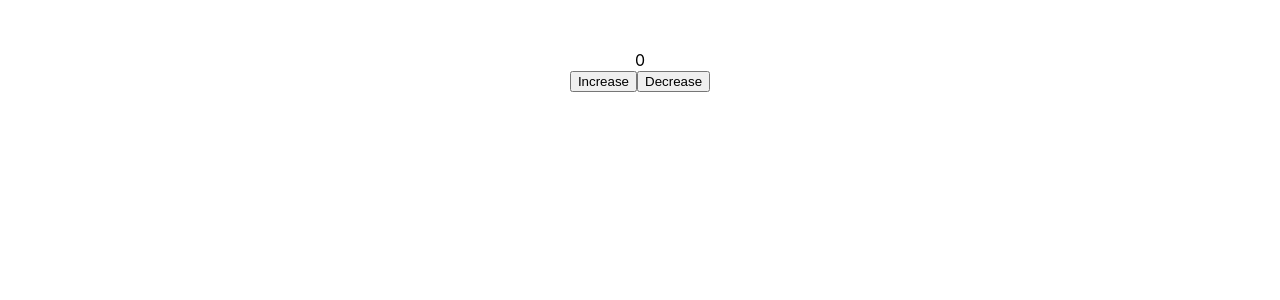
Repository: Marwa-Medhat/ReactJS-Labs
Page: / (app in myapp/)
The author's editor kept a copy of each file at every save. The page is drawn from the files as they stood at one save, then again after the next save.
The browser window is 1280 px wide. The pictures show the whole page.
The project was rebuilt for these pictures with package versions that can differ from the ones it lists, and the page was loaded fresh each time.

Above is the page before, as saved 2021-04-25 15:07:00.

### myapp/src/App.js
import logo from './logo.svg';
import './App.css';
import React, { Component } from 'react';
// function App() {



  class Counter extends React.Component{
    constructor()
    {
      super();
      this.state={
        count:0
    }
  }
    increase=()=>{

      this.setState({count:this.state.count+1})
    }
    decrease=()=>{

      this.setState({count:this.state.count-1})
    }

    render(){
      return (
        <div >
        <div>{this.state.count}</div>
        <button onClick={this.increase}> Increase</button>
        <button onClick={this.decrease}> Decrease</button>
        </div>
      ); //return
      } //render
    }

class App extends React.Component{
  //  let style = {

  //   padding: 50,
  //  }
  render(){
  return (

    <div className="App" style={{ paddingTop: 50,}} >
   <div><Counter  /></div>
   </div>



  ); //return
  } //render
} //class App

export default App;

Loaded but not shown: myapp/public/index.html (common file); myapp/src/index.js (common file); myapp/src/index.css (common file); myapp/src/reportWebVitals.js (common file); myapp/src/App.css (common file)

After the next save:
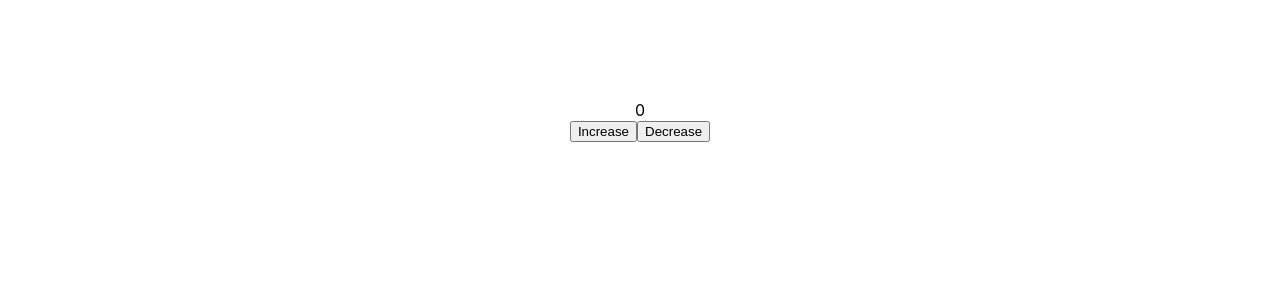
Saved 21 s later.
--- a/myapp/src/App.js
+++ b/myapp/src/App.js
@@ -41,7 +41,7 @@ class App extends React.Component{
   render(){
   return (
 
-    <div className="App" style={{ paddingTop: 50,}} >
+    <div className="App" style={{ paddingTop: 100,}} >
    <div><Counter  /></div>
    </div>
 
